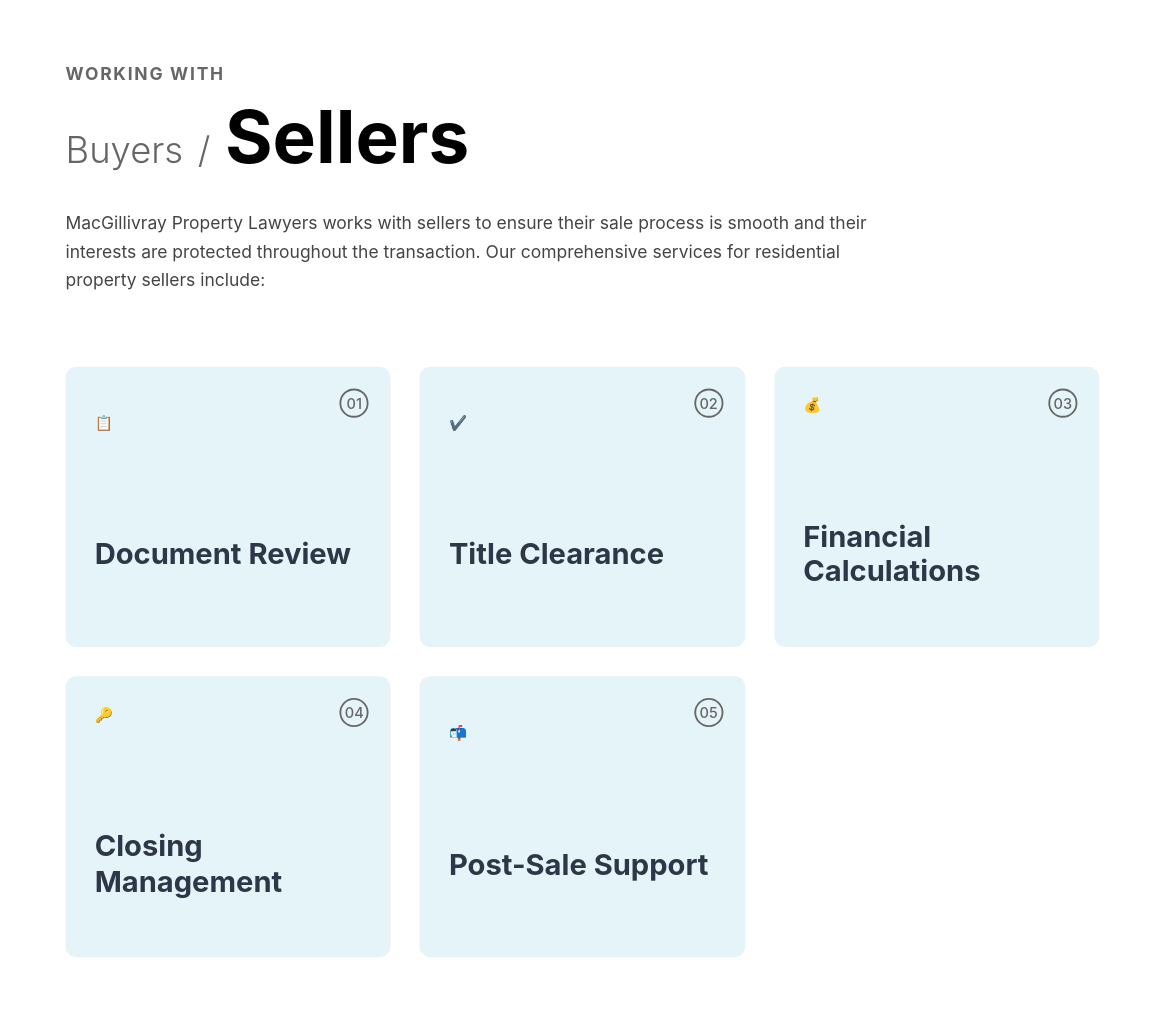
Repository: mibma/alphavent
Page: /sellers
The author's editor kept a copy of each file at every save. The page is drawn from the files as they stood at one save, then again after a run of saves.
The browser window is 1280 px wide. The pictures show the whole page, at 91% of full size.
The project was rebuilt for these pictures with package versions that can differ from the ones it lists, and the page was loaded fresh each time. The framework's server and built-in components were replaced by stand-ins that run in the browser.

Above is the page before, as saved 2025-04-22 23:22:19.

After the next 2 saves:
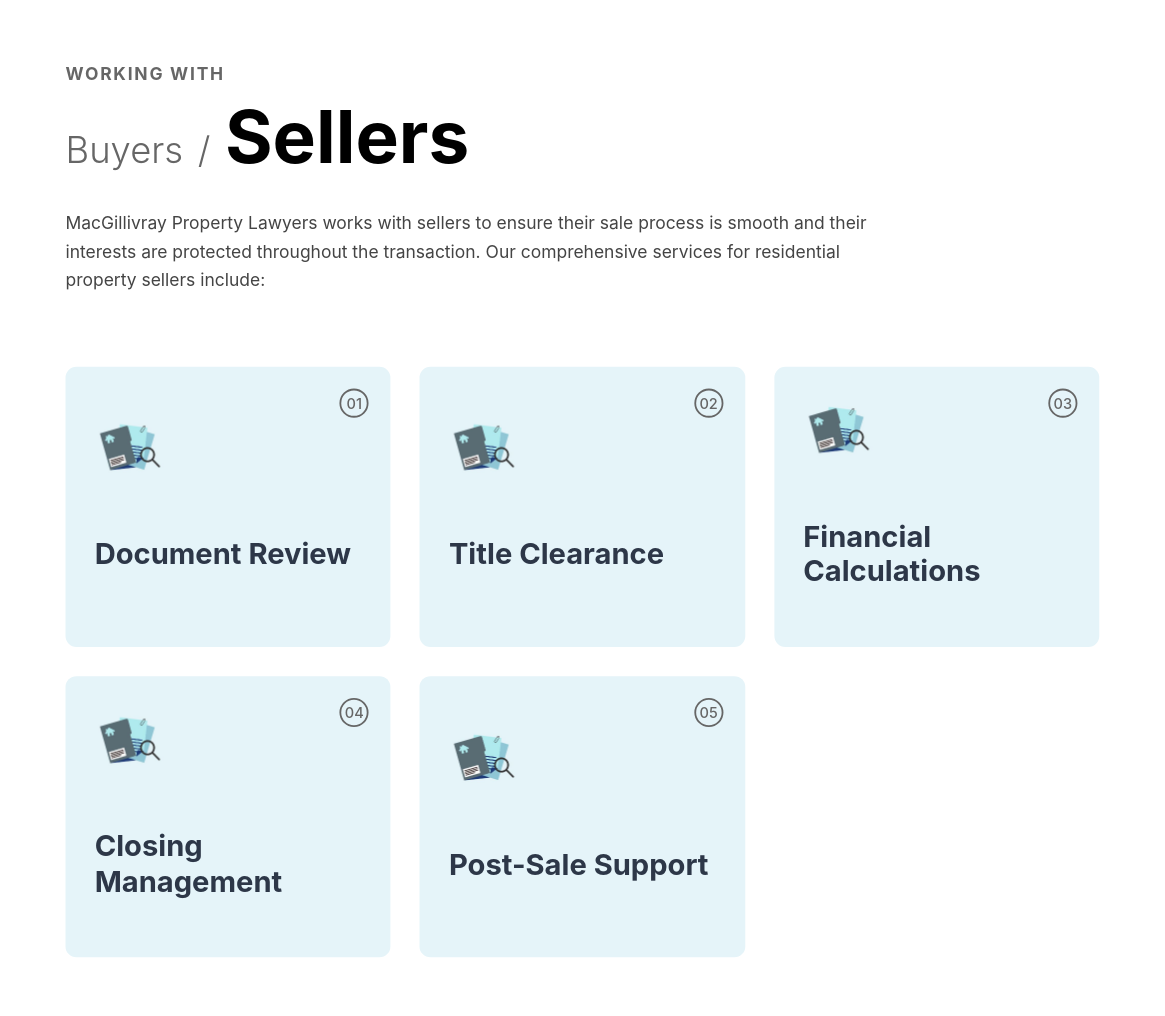
The 2 saves are shown as one change because 1 did not build or start.
The last was saved 27 s later.
--- a/pages/sellers.js
+++ b/pages/sellers.js
@@ -1,32 +1,33 @@
 import styles from '../styles/Home.module.css';
 import Head from 'next/head';
 import Link from 'next/link';
+import Image from 'next/image';
 
 const sellerServices = [
   {
     id: '01',
     title: 'Document Review',
-    icon: '📋'
+    icon: '/Capture.JPG'
   },
   {
     id: '02',
     title: 'Title Clearance',
-    icon: '✔️'
+    icon: '/Capture.JPG'
   },
   {
     id: '03',
     title: 'Financial Calculations',
-    icon: '💰'
+    icon: '/Capture.JPG'
   },
   {
     id: '04',
     title: 'Closing Management',
-    icon: '🔑'
+    icon: '/Capture.JPG'
   },
   {
     id: '05',
     title: 'Post-Sale Support',
-    icon: '📬'
+    icon: '/Capture.JPG'
   }
 ];
 
@@ -59,7 +60,12 @@ export default function SellerPage() {
             <div key={service.id} className={styles.serviceCard}>
               <div className={styles.serviceContent}>
                 <div className={styles.iconContainer}>
-                  <span className={styles.icon}>{service.icon}</span>
+                  <Image
+                    src={service.icon}
+                    alt={service.title}
+                    fill
+                    className={styles.icon}
+                  />
                 </div>
                 <h3 className={styles.serviceTitle}>{service.title}</h3>
               </div>
